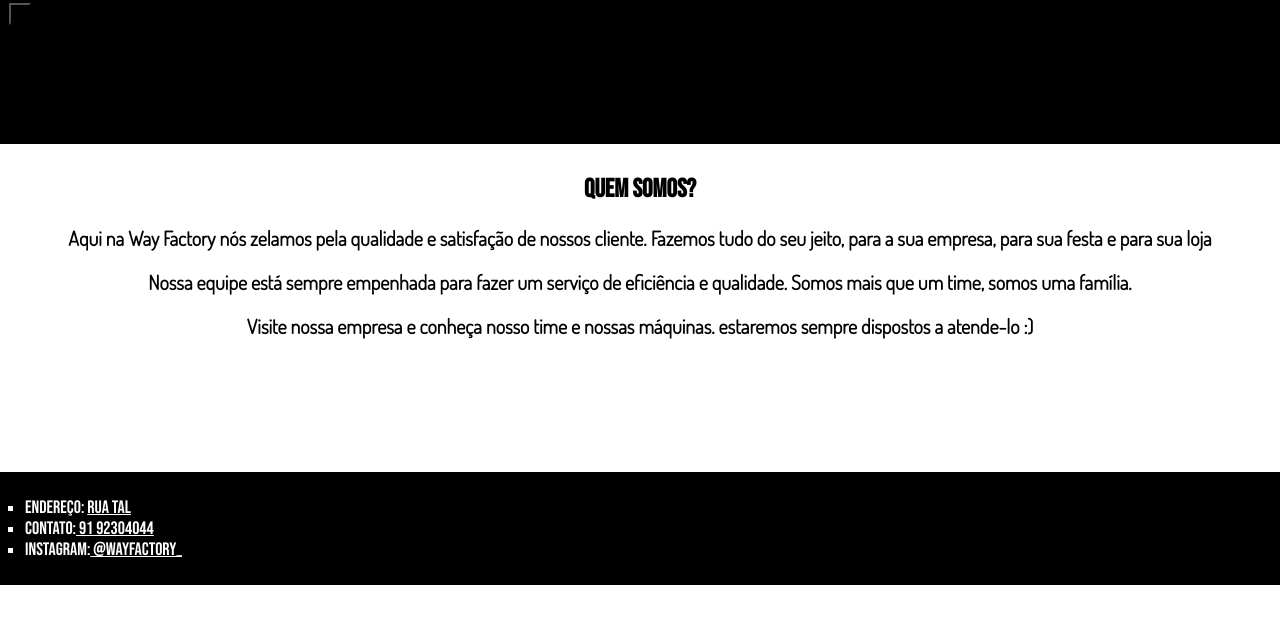
Repository: Leonngc/way-factory
Page: about.html
An editor plug-in stored every save of this project. The page is shown before and after a run of saves, followed by the edit.
The browser window is 1280 px wide. The pictures show the whole page.
Some icons come from a web library that is not loaded, so they are not drawn.

Above is the page before, as saved 2023-02-10 10:46:48.

After the next 2 saves:
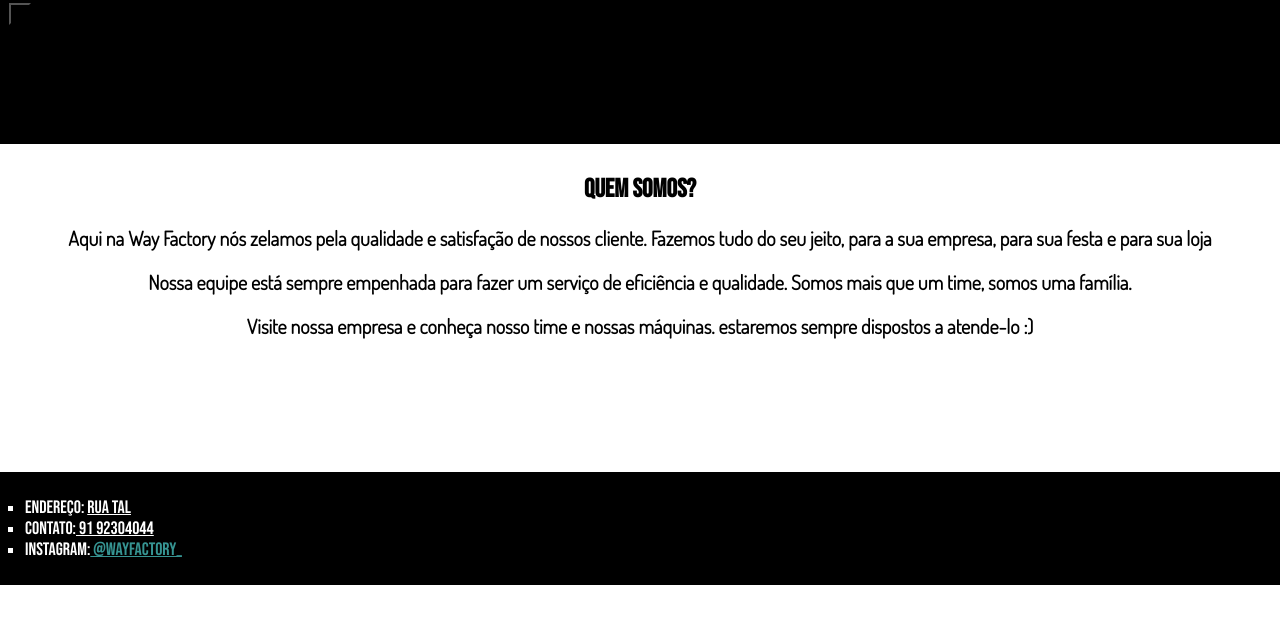
The 2 saves are shown as one change because they came seconds apart.
The last was saved 22 s later.
--- a/about.html
+++ b/about.html
@@ -59,7 +59,7 @@
             target="
                 _blank"
             style="
-            color: #;"> @wayfactory_</a
+            color: #369492;;"> @wayfactory_</a
           >
         </li>
       </ul>
